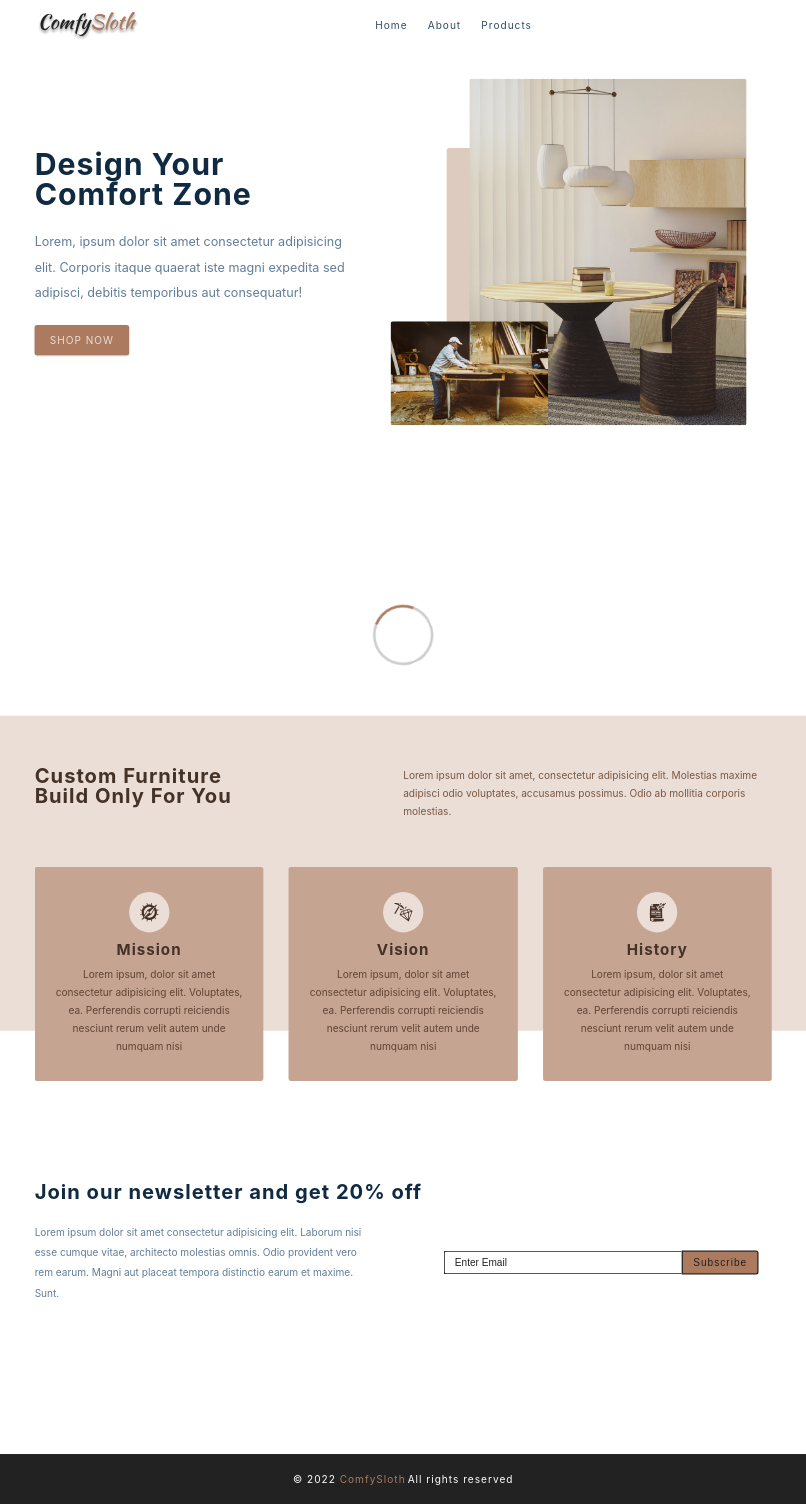
Repository: MateuszWorek/react-comfy-store
Page: /
These files come from the project's save history. The page is drawn as it stood at one moment and after the next save; the edit follows.
The browser window is 1280 px wide. The pictures show the whole page, at 63% of full size.
The page's requests for data from a server got no answer. The project was rebuilt for these pictures with package versions that can differ from the ones it lists, and the page was loaded fresh each time. A package was used in the major version that the imports need, not the one package.json lists. No one was signed in, and anything a server would have sent is missing. Also part of the build but not shown: src/components/Error.js, src/utils/helpers.js, src/components/Product.js, src/context/user_context.js, src/components/ProductImages.js, src/components/AddToCart.js, src/components/Filters.js, src/components/GridView.js and 17 more. Imported but missing from the stored project, and not drawn on this page: src/components/AmountButtons.

Above is the page before, as saved 2022-07-20 21:05:10.

### src/index.js
import React from 'react';
import ReactDOM from 'react-dom';
import './index.css';
import App from './App';
import { ProductsProvider } from './context/products_context';
import { FilterProvider } from './context/filter_context';
import { CartProvider } from './context/cart_context';
import { UserProvider } from './context/user_context';
import { Auth0Provider } from '@auth0/auth0-react';

ReactDOM.render(
  <ProductsProvider>
    <FilterProvider>
      <CartProvider>
        <App />
      </CartProvider>
    </FilterProvider>
  </ProductsProvider>,
  document.getElementById('root')
);

### src/App.js
import React from 'react';
import { BrowserRouter as Router, Switch, Route } from 'react-router-dom';
import { Navbar, Sidebar, Footer } from './components';
import {
  Home,
  SingleProduct,
  Cart,
  Checkout,
  Error,
  About,
  Products,
  PrivateRoute,
} from './pages';

function App() {
  return (
    <Router>
      <Navbar />
      <Sidebar />
      <Switch>
        <Route exact path='/'>
          <Home />
        </Route>
        <Route exact path='/about'>
          <About />
        </Route>
        <Route exact path='/cart'>
          <Cart />
        </Route>
        <Route exact path='/products'>
          <Products />
        </Route>
        <Route exact path='/products/:id' children={<SingleProduct />} />
        <Route exact path='/checkout'>
          <Checkout />
        </Route>
        <Route exact path='*'>
          <Error />
        </Route>
      </Switch>
      <Footer />
    </Router>
  );
}

export default App;

### src/context/products_context.js
import axios from 'axios';
import React, { useContext, useEffect, useReducer } from 'react';
import reducer from '../reducers/products_reducer';
import { products_url as url } from '../utils/constants';
import {
  SIDEBAR_OPEN,
  SIDEBAR_CLOSE,
  GET_PRODUCTS_BEGIN,
  GET_PRODUCTS_SUCCESS,
  GET_PRODUCTS_ERROR,
  GET_SINGLE_PRODUCT_BEGIN,
  GET_SINGLE_PRODUCT_SUCCESS,
  GET_SINGLE_PRODUCT_ERROR,
} from '../actions';

const initialState = {
  isSidebarOpen: false,
  products_loading: false,
  products_error: false,
  products: [],
  featured_products: [],
  single_product_loading: false,
  single_product_error: false,
  single_product: {},
};

const ProductsContext = React.createContext();

export const ProductsProvider = ({ children }) => {
  const [state, dispatch] = useReducer(reducer, initialState);
  const openSidebar = () => {
    dispatch({ type: SIDEBAR_OPEN });
  };
  const closeSidebar = () => {
    dispatch({ type: SIDEBAR_CLOSE });
  };

  const fetchProducts = async (url) => {
    dispatch({ type: GET_PRODUCTS_BEGIN });
    try {
      const response = await axios.get(url);
      const products = await response.data;
      dispatch({ type: GET_PRODUCTS_SUCCESS, payload: products });
    } catch (error) {
      dispatch({ type: GET_PRODUCTS_ERROR });
      console.log(error);
    }
  };

  const fetchSingleProduct = async (url) => {
    dispatch({ type: GET_SINGLE_PRODUCT_BEGIN });
    try {
      const response = await axios.get(url);
      const singleProduct = response.data;
      dispatch({ type: GET_SINGLE_PRODUCT_SUCCESS, payload: singleProduct });
    } catch (error) {
      dispatch({ type: GET_SINGLE_PRODUCT_ERROR });
    }
  };

  useEffect(() => {
    fetchProducts(url);
  }, []);

  return (
    <ProductsContext.Provider
      value={{ ...state, openSidebar, closeSidebar, fetchSingleProduct }}
    >
      {children}
    </ProductsContext.Provider>
  );
};

export const useProductsContext = () => {
  return useContext(ProductsContext);
};

### src/context/cart_context.js
import React, { useEffect, useContext, useReducer } from 'react';
import reducer from '../reducers/cart_reducer';
import {
  ADD_TO_CART,
  REMOVE_CART_ITEM,
  TOGGLE_CART_ITEM_AMOUNT,
  CLEAR_CART,
  COUNT_CART_TOTALS,
} from '../actions';

const getLocalStorage = () => {
  let cart = localStorage.getItem('cart');
  if (cart) {
    return JSON.parse(localStorage.getItem('cart'));
  } else {
    return [];
  }
};

const initialState = {
  cart: getLocalStorage(),
  total_items: 0,
  total_amount: 0,
  shipping_fee: 534,
};

const CartContext = React.createContext();

export const CartProvider = ({ children }) => {
  const [state, dispatch] = useReducer(reducer, initialState);
  // add to cart
  const addToCart = (id, color, amount, product) => {
    dispatch({ type: ADD_TO_CART, payload: { id, color, amount, product } });
  };
  // remove item
  const removeItem = (id) => {
    dispatch({ type: REMOVE_CART_ITEM, payload: id });
  };
  // toggle amount
  const toggleAmount = (id, value) => {
    console.log(id, value);
    dispatch({ type: TOGGLE_CART_ITEM_AMOUNT, payload: { id, value } });
  };
  // clear cart
  const clearCart = () => {
    dispatch({ type: CLEAR_CART });
  };

  useEffect(() => {
    localStorage.setItem('cart', JSON.stringify(state.cart));
  }, [state.cart]);

  return (
    <CartContext.Provider
      value={{ ...state, addToCart, removeItem, toggleAmount, clearCart }}
    >
      {children}
    </CartContext.Provider>
  );
};

// make sure use
export const useCartContext = () => {
  return useContext(CartContext);
};

### src/components/index.js
import FeaturedProducts from './FeaturedProducts'
import Navbar from './Navbar'
import CartButtons from './CartButtons'
import Footer from './Footer'
import Sidebar from './Sidebar'
import Hero from './Hero'
import Services from './Services'
import Contact from './Contact'
import Loading from './Loading'
import Error from './Error'
import ProductImages from './ProductImages'
import AddToCart from './AddToCart'
import Filters from './Filters'
import ProductList from './ProductList'
import Sort from './Sort'
import Stars from './Stars'
import CartContent from './CarContent'
import PageHero from './PageHero'
import StripeCheckout from './StripeCheckout'
export {
  FeaturedProducts,
  Navbar,
  CartButtons,
  Footer,
  Sidebar,
  Hero,
  Services,
  Contact,
  Loading,
  Error,
  ProductImages,
  AddToCart,
  Filters,
  ProductList,
  Sort,
  Stars,
  CartContent,
  PageHero,
  StripeCheckout,
}

### src/pages/index.js
import Home from './HomePage';
import Products from './ProductsPage';
import SingleProduct from './SingleProductPage';
import About from './AboutPage';
import Cart from './CartPage';
import Error from './ErrorPage';
import Checkout from './CheckoutPage';
import PrivateRoute from './PrivateRoute';

export {
  Home,
  Products,
  SingleProduct,
  About,
  Cart,
  Error,
  Checkout,
  PrivateRoute,
};

### src/reducers/products_reducer.js
import {
  SIDEBAR_OPEN,
  SIDEBAR_CLOSE,
  GET_PRODUCTS_BEGIN,
  GET_PRODUCTS_SUCCESS,
  GET_PRODUCTS_ERROR,
  GET_SINGLE_PRODUCT_BEGIN,
  GET_SINGLE_PRODUCT_SUCCESS,
  GET_SINGLE_PRODUCT_ERROR,
} from '../actions';

const products_reducer = (state, action) => {
  /* SIDEBAR */
  if (action.type === SIDEBAR_OPEN) {
    // console.log(state);
    return { ...state, isSidebarOpen: true };
  }
  if (action.type === SIDEBAR_CLOSE) {
    // console.log(state);
    return { ...state, isSidebarOpen: false };
  }

  /* PRODUCTS */
  if (action.type === GET_PRODUCTS_BEGIN) {
    return { ...state, products_loading: true };
  }
  if (action.type === GET_PRODUCTS_SUCCESS) {
    const featured_products = action.payload.filter((product) => {
      return product.featured === true;
    });
    return {
      ...state,
      products_loading: false,
      products: action.payload,
      featured_products: featured_products,
    };
  }
  if (action.type === GET_PRODUCTS_ERROR) {
    return { ...state, products_loading: true, error: true };
  }

  /* SINGLE PRODUCT */
  if (action.type === GET_SINGLE_PRODUCT_BEGIN) {
    return {
      ...state,
      single_product_loading: true,
      single_product_error: false,
    };
  }
  if (action.type === GET_SINGLE_PRODUCT_SUCCESS) {
    return {
      ...state,
      single_product_loading: false,
      single_product: action.payload,
    };
  }
  if (action.type === GET_SINGLE_PRODUCT_ERROR) {
    return {
      ...state,
      single_product_loading: false,
      single_product_error: true,
    };
  }

  // return state;

  throw new Error(`No Matching "${action.type}" - action type`);
};

export default products_reducer;

### src/utils/constants.js
import React from 'react'
import { GiCompass, GiDiamondHard, GiStabbedNote } from 'react-icons/gi'
export const links = [
  {
    id: 1,
    text: 'home',
    url: '/',
  },
  {
    id: 2,
    text: 'about',
    url: '/about',
  },
  {
    id: 3,
    text: 'products',
    url: '/products',
  },
]

export const services = [
  {
    id: 1,
    icon: <GiCompass />,
    title: 'mission',
    text:
      'Lorem ipsum, dolor sit amet consectetur adipisicing elit. Voluptates, ea. Perferendis corrupti reiciendis nesciunt rerum velit autem unde numquam nisi',
  },
  {
    id: 2,
    icon: <GiDiamondHard />,
    title: 'vision',
    text:
      'Lorem ipsum, dolor sit amet consectetur adipisicing elit. Voluptates, ea. Perferendis corrupti reiciendis nesciunt rerum velit autem unde numquam nisi',
  },
  {
    id: 3,
    icon: <GiStabbedNote />,
    title: 'history',
    text:
      'Lorem ipsum, dolor sit amet consectetur adipisicing elit. Voluptates, ea. Perferendis corrupti reiciendis nesciunt rerum velit autem unde numquam nisi',
  },
]

export const products_url = 'https://course-api.com/react-store-products'

export const single_product_url = `https://course-api.com/react-store-single-product?id=`

### src/actions.js
export const SIDEBAR_OPEN = 'SIDEBAR_OPEN'
export const SIDEBAR_CLOSE = 'SIDEBAR_CLOSE'
export const GET_PRODUCTS_BEGIN = 'GET_PRODUCTS_BEGIN'
export const GET_PRODUCTS_SUCCESS = 'GET_PRODUCTS_SUCCESS'
export const GET_PRODUCTS_ERROR = 'GET_PRODUCTS_ERROR'
export const GET_SINGLE_PRODUCT_BEGIN = 'GET_SINGLE_PRODUCT_BEGIN'
export const GET_SINGLE_PRODUCT_SUCCESS = 'GET_SINGLE_PRODUCT_SUCCESS'
export const GET_SINGLE_PRODUCT_ERROR = 'GET_SINGLE_PRODUCT_ERROR'
export const LOAD_PRODUCTS = 'LOAD_PRODUCTS'
export const SET_GRIDVIEW = 'SET_GRIDVIEW'
export const SET_LISTVIEW = 'SET_LISTVIEW'
export const UPDATE_SORT = 'UPDATE_SORT'
export const SORT_PRODUCTS = 'SORT_PRODUCTS'
export const UPDATE_FILTERS = 'UPDATE_FILTERS'
export const FILTER_PRODUCTS = 'FILTER_PRODUCTS'
export const CLEAR_FILTERS = 'CLEAR_FILTERS'
export const ADD_TO_CART = 'ADD_TO_CART'
export const REMOVE_CART_ITEM = 'REMOVE_CART_ITEM'
export const TOGGLE_CART_ITEM_AMOUNT = 'TOGGLE_CART_ITEM_AMOUNT'
export const CLEAR_CART = 'CLEAR_CART'
export const COUNT_CART_TOTALS = 'COUNT_CART_TOTALS'

### src/reducers/cart_reducer.js
import {
  ADD_TO_CART,
  CLEAR_CART,
  COUNT_CART_TOTALS,
  REMOVE_CART_ITEM,
  TOGGLE_CART_ITEM_AMOUNT,
} from '../actions';

const cart_reducer = (state, action) => {
  if (action.type === ADD_TO_CART) {
    const { id, color, amount, product } = action.payload;
    // const tempItem = state.cart.find((item) => item.id === id + color);
    const tempItem = state.cart.find((i) => i.id === id + color);
    if (tempItem) {
      const tempCart = state.cart.map((cartItem) => {
        if (cartItem.id === id + color) {
          let newAmount = cartItem.amount + amount;
          if (newAmount > cartItem.max) {
            newAmount = cartItem.max;
          }
          return { ...cartItem, amount: newAmount };
        } else {
          return cartItem;
        }
      });
      return { ...state, cart: tempCart };
    } else {
      const newItem = {
        id: id + color,
        name: product.name,
        color,
        amount,
        image: product.images[0].url,
        price: product.price,
        max: product.stock,
      };
      return { ...state, cart: [...state.cart, newItem] };
    }
  }
  if (action.type === REMOVE_CART_ITEM) {
    const tempCart = state.cart.filter((item) => item.id !== action.payload);
    return { ...state, cart: tempCart };
  }
  if (action.type === CLEAR_CART) {
    return { ...state, cart: [] };
  }
  if (action.type === TOGGLE_CART_ITEM_AMOUNT) {
    const { id, value } = action.payload;
    const tempCart = state.cart.map((item) => {
      if (item.id === id) {
        if (value === 'inc') {
          let newAmount = item.amount + 1;
          if (newAmount > item.max) {
            newAmount = item.max;
          }
          return { ...item, amount: newAmount };
        }
        if (value === 'dec') {
          let newAmount = item.amount - 1;
          if (newAmount < 1) {
            newAmount = 1;
          }
          return { ...item, amount: newAmount };
        }
      } else {
        return item;
      }
    });
    return { ...state, cart: tempCart };
  }
  // return state;
  throw new Error(`No Matching "${action.type}" - action type`);
};

export default cart_reducer;

### src/components/FeaturedProducts.js
import React from 'react';
import { useProductsContext } from '../context/products_context';
import { Link } from 'react-router-dom';
import styled from 'styled-components';
import Error from './Error';
import Loading from './Loading';
import Product from './Product';

const FeaturedProducts = () => {
  const {
    products_loading: loading,
    products_error: error,
    featured_products: featured,
  } = useProductsContext();

  if (loading) {
    return <Loading />;
  }
  if (error) {
    return <Error />;
  }
  return (
    <Wrapper className='section'>
      <div className='title'>
        <h2>featured products</h2>
        <div className='underline'></div>
      </div>
      <div className='section-center featured'>
        {featured.slice(0, 3).map((product) => {
          return <Product key={product.id} {...product} />;
        })}
      </div>
    </Wrapper>
  );
};

const Wrapper = styled.section`
  background: var(--clr-grey-10);
  .featured {
    margin: 4rem auto;
    display: grid;
    gap: 2.5rem;
    img {
      height: 225px;
    }
  }
  .btn {
    display: block;
    width: 148px;
    margin: 0 auto;
    text-align: center;
  }
  @media (min-width: 576px) {
    .featured {
      grid-template-columns: repeat(auto-fit, minmax(360px, 1fr));
    }
  }
`;

export default FeaturedProducts;

### src/components/Navbar.js
import React from 'react';
import styled from 'styled-components';
import logo from '../assets/logo.svg';
import { FaBars } from 'react-icons/fa';
import { Link } from 'react-router-dom';
import { links } from '../utils/constants';
import CartButtons from './CartButtons';
import { useProductsContext } from '../context/products_context';
import { useUserContext } from '../context/user_context';

const Nav = () => {
  const { openSidebar } = useProductsContext();
  return (
    <NavContainer>
      <div className='nav-center'>
        <div className='nav-header'>
          <Link to='/'>
            <img src={logo} alt='comfy sloth' />
          </Link>
          <button type='buttton' className='nav-toggle' onClick={openSidebar}>
            <FaBars />
          </button>
        </div>
        <ul className='nav-links'>
          {links.map((link) => {
            const { id, text, url } = link;
            return (
              <li key={id}>
                <Link to={url}>{text}</Link>
              </li>
            );
          })}
        </ul>
      </div>
    </NavContainer>
  );
};

const NavContainer = styled.nav`
  height: 5rem;
  display: flex;
  align-items: center;
  justify-content: center;

  .nav-center {
    width: 90vw;
    margin: 0 auto;
    max-width: var(--max-width);
  }
  .nav-header {
    display: flex;
    align-items: center;
    justify-content: space-between;
    img {
      width: 175px;
      margin-left: -15px;
    }
  }
  .nav-toggle {
    background: transparent;
    border: transparent;
    color: var(--clr-primary-5);
    cursor: pointer;
    svg {
      font-size: 2rem;
    }
  }
  .nav-links {
    display: none;
  }
  .cart-btn-wrapper {
    display: none;
  }
  @media (min-width: 992px) {
    .nav-toggle {
      display: none;
    }
    .nav-center {
      display: grid;
      grid-template-columns: auto 1fr auto;
      align-items: center;
    }
    .nav-links {
      display: flex;
      justify-content: center;
      li {
        margin: 0 0.5rem;
      }
      a {
        color: var(--clr-grey-3);
        font-size: 1rem;
        text-transform: capitalize;
        letter-spacing: var(--spacing);
        padding: 0.5rem;
        &:hover {
          border-bottom: 2px solid var(--clr-primary-7);
        }
      }
    }
    .cart-btn-wrapper {
      display: grid;
    }
  }
`;

export default Nav;

### src/components/CartButtons.js
import React from 'react';
import { FaShoppingCart, FaUserMinus, FaUserPlus } from 'react-icons/fa';
import { Link } from 'react-router-dom';
import styled from 'styled-components';
import { useProductsContext } from '../context/products_context';
import { useCartContext } from '../context/cart_context';
import { useUserContext } from '../context/user_context';

const CartButtons = () => {
  const { closeSidebar } = useProductsContext();
  const { total_items } = useCartContext();

  return (
    <Wrapper className='cart-btn-wrapper'>
      <Link to='/cart' className='cart-btn' onClick={closeSidebar}>
        Cart{' '}
        <span className='cart-container'>
          <FaShoppingCart />
          <span className='cart-value'>{total_items}</span>
        </span>
      </Link>
      <button type='button' className='auth-btn'>
        Login <FaUserPlus />
      </button>
    </Wrapper>
  );
};

const Wrapper = styled.div`
  display: grid;
  grid-template-columns: 1fr 1fr;
  align-items: center;
  width: 225px;

  .cart-btn {
    color: var(--clr-grey-1);
    font-size: 1.5rem;
    letter-spacing: var(--spacing);
    color: var(--clr-grey-1);
    display: flex;

    align-items: center;
  }
  .cart-container {
    display: flex;
    align-items: center;
    position: relative;
    svg {
      height: 1.6rem;
      margin-left: 5px;
    }
  }
  .cart-value {
    position: absolute;
    top: -10px;
    right: -16px;
    background: var(--clr-primary-5);
    width: 16px;
    height: 16px;
    display: flex;
    align-items: center;
    justify-content: center;
    border-radius: 50%;
    font-size: 0.75rem;
    color: var(--clr-white);
    padding: 12px;
  }
  .auth-btn {
    display: flex;
    align-items: center;
    background: transparent;
    border-color: transparent;
    font-size: 1.5rem;
    cursor: pointer;
    color: var(--clr-grey-1);
    letter-spacing: var(--spacing);
    svg {
      margin-left: 5px;
    }
  }
`;
export default CartButtons;

### src/components/Footer.js
import React from 'react';
import styled from 'styled-components';
const Footer = () => {
  return (
    <Wrapper>
      <h5>
        &copy; {new Date().getFullYear()}
        <span> ComfySloth</span>
      </h5>
      <h5>All rights reserved</h5>
    </Wrapper>
  );
};

const Wrapper = styled.footer`
  height: 5rem;
  display: flex;
  flex-direction: column;
  justify-content: center;
  align-items: center;
  background: var(--clr-black);
  text-align: center;
  span {
    color: var(--clr-primary-5);
  }
  h5 {
    color: var(--clr-white);
    margin: 0.1rem;

    font-weight: 400;
    text-transform: none;
    line-height: 1.25;
  }
  @media (min-width: 776px) {
    flex-direction: row;
  }
`;

export default Footer;

### src/components/Hero.js
import React from 'react';
import styled from 'styled-components';
import { Link } from 'react-router-dom';
import heroBcg from '../assets/hero-bcg.jpeg';
import heroBcg2 from '../assets/hero-bcg-2.jpeg';

const Hero = () => {
  return (
    <Wrapper className='section-center'>
      <article className='content'>
        <h1>
          design your <br />
          comfort zone
        </h1>
        <p>
          Lorem, ipsum dolor sit amet consectetur adipisicing elit. Corporis
          itaque quaerat iste magni expedita sed adipisci, debitis temporibus
          aut consequatur!
        </p>
        <Link to='/products' className='btn hero-btn'>
          shop now
        </Link>
      </article>
      <article className='img-container'>
        <img src={heroBcg} alt='nice table' className='main-img' />
        <img src={heroBcg2} alt='person working' className='accent-img' />
      </article>
    </Wrapper>
  );
};

const Wrapper = styled.section`
  min-height: 60vh;
  display: grid;
  place-items: center;
  .img-container {
    display: none;
  }

  p {
    line-height: 2;
    max-width: 45em;
    margin-bottom: 2rem;
    color: var(--clr-grey-5);
    font-size: 1rem;
  }
  @media (min-width: 992px) {
    height: calc(100vh - 5rem);
    grid-template-columns: 1fr 1fr;
    gap: 8rem;
    h1 {
      margin-bottom: 2rem;
    }
    p {
      font-size: 1.25rem;
    }
    .hero-btn {
      padding: 0.75rem 1.5rem;
      font-size: 1rem;
    }
    .img-container {
      display: block;
      position: relative;
    }
    .main-img {
      width: 100%;
      height: 550px;
      position: relative;
      border-radius: var(--radius);
      display: block;
      object-fit: cover;
    }
    .accent-img {
      position: absolute;
      bottom: 0;
      left: 0;
      width: 250px;
      transform: translateX(-50%);
      border-radius: var(--radius);
    }
    .img-container::before {
      content: '';
      position: absolute;
      width: 10%;
      height: 80%;
      background: var(--clr-primary-9);
      bottom: 0%;
      left: -8%;
      border-radius: var(--radius);
    }
  }
`;

export default Hero;

### src/pages/HomePage.js
import React from 'react';
import { FeaturedProducts, Hero, Services, Contact } from '../components';

const HomePage = () => {
  return (
    <main>
      <Hero />
      <FeaturedProducts />
      <Services />
      <Contact />
    </main>
  );
};

export default HomePage;

Loaded but not shown: public/index.html (common file); src/index.css (common file); src/components/Loading.js (common file); src/reducers/filter_reducer.js (138 lines, source omitted); src/components/Sidebar.js (118 lines, source omitted); src/components/Contact.js (102 lines, source omitted); src/context/filter_context.js (101 lines, source omitted); src/components/Services.js (100 lines, source omitted)

After the next save:
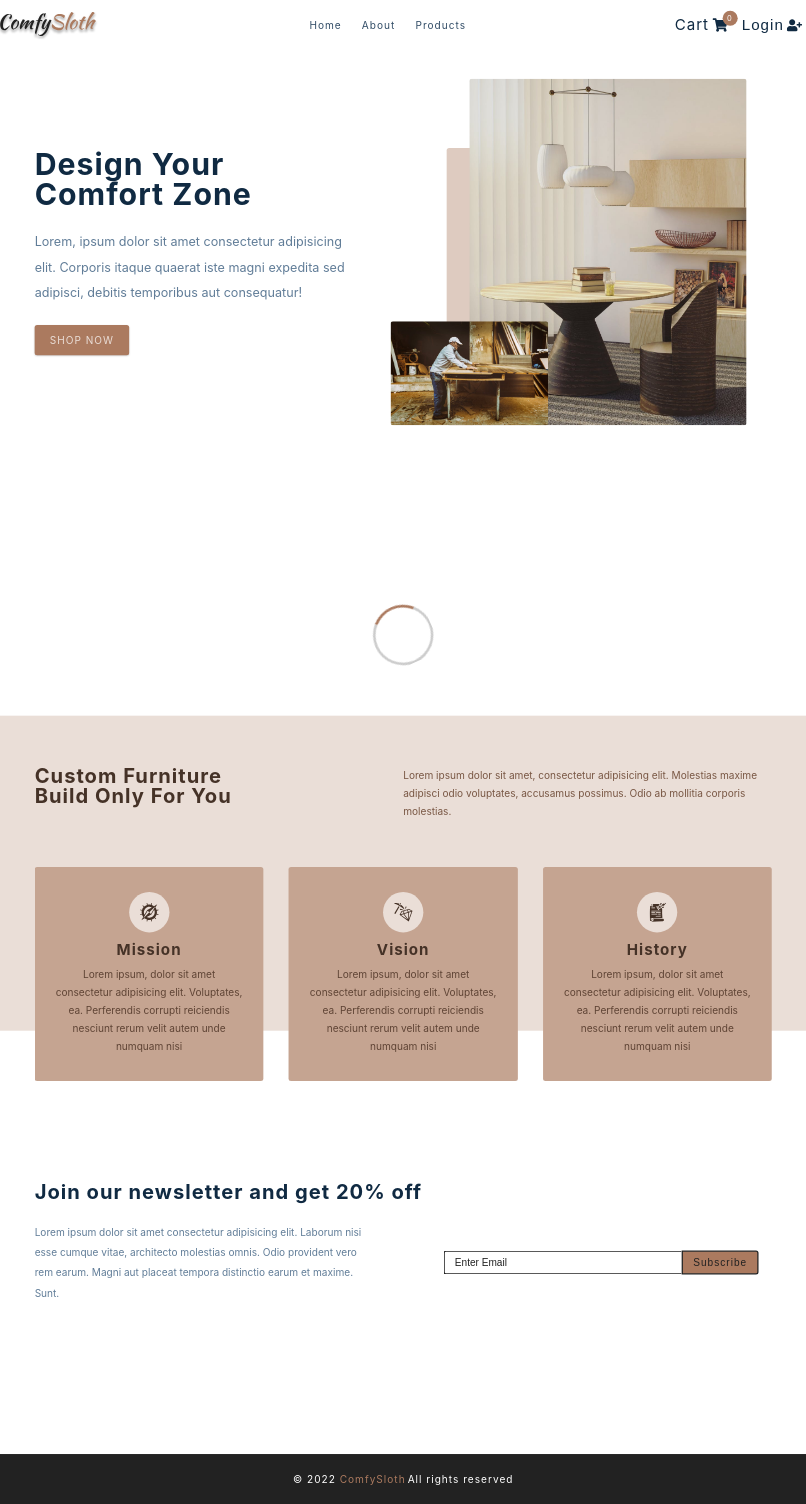
Saved 67 s later.
--- a/src/components/Navbar.js
+++ b/src/components/Navbar.js
@@ -32,6 +32,7 @@ const Nav = () => {
           })}
         </ul>
       </div>
+      <CartButtons />
     </NavContainer>
   );
 };
